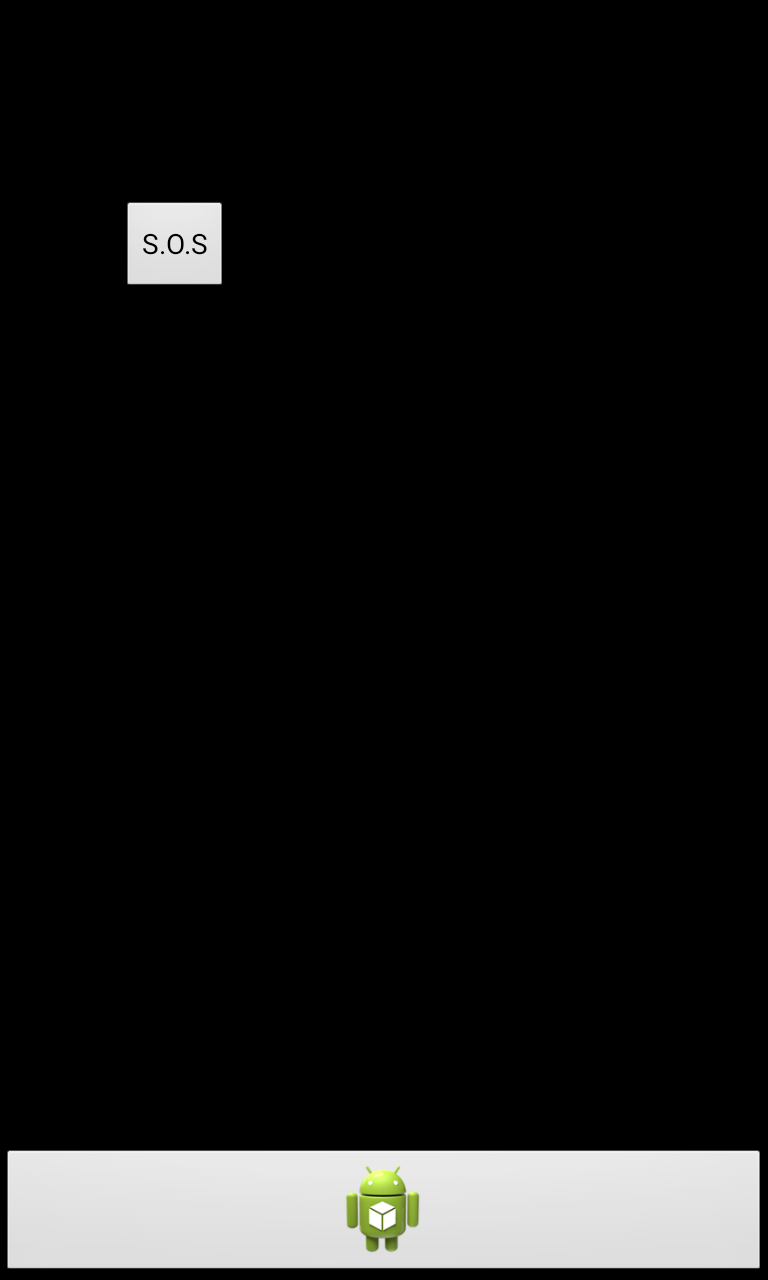
Repository: wfortini/appSOS
Layout: appMobileClient/res/layout/activity_main.xml
The author's editor kept a copy of each file at every save. The layout is drawn from the files as they stood at one save, then again after the next save.
It is drawn on a 768 x 1280 px phone screen (xhdpi) without system bars, with theme AppTheme; the app's code is not run.

Above is the layout before, as saved 2013-03-03 03:45:31.

### appMobileClient/res/layout/activity_main.xml
<TableLayout xmlns:android="http://schemas.android.com/apk/res/android"
    xmlns:tools="http://schemas.android.com/tools"
    android:layout_width="match_parent"
    android:layout_height="match_parent"
    tools:context=".MainActivity" >

    <TableRow >
        <Button
        android:id="@+id/button1"
        android:layout_width="wrap_content"
        android:layout_height="wrap_content"
        android:layout_marginLeft="60dp"
        android:layout_marginTop="100dp"
        android:text="@string/button_sos" />

    </TableRow>

    <TableRow >



    </TableRow>
		<RelativeLayout
		    android:layout_width="wrap_content"
		    android:layout_height="fill_parent"
		    android:gravity="bottom">

		    <ImageButton android:id="@+id/salvar"
        			android:layout_width="fill_parent"
        			android:layout_height="wrap_content"
        			android:text="Salvar"
        			android:src="@drawable/ic_launcher"/>



		</RelativeLayout>
</TableLayout>

### appMobileClient/res/values/styles.xml
<resources>

    <!--
        Base application theme, dependent on API level. This theme is replaced
        by AppBaseTheme from res/values-vXX/styles.xml on newer devices.
    -->
    <style name="AppBaseTheme" parent="android:Theme.Black">
        <!--
            Theme customizations available in newer API levels can go in
            res/values-vXX/styles.xml, while customizations related to
            backward-compatibility can go here.
        -->
    </style>

    <!-- Application theme. -->
    <style name="AppTheme" parent="AppBaseTheme">
        <!-- All customizations that are NOT specific to a particular API-level can go here. -->
    </style>

</resources>

### appMobileClient/res/values/strings.xml
<?xml version="1.0" encoding="utf-8"?>
<resources>

    <string name="app_name">SOS24Horas</string>
    <string name="hello_world">Hello world!</string>
    <string name="menu_settings">Settings</string>
    <string name="button_sos">S.O.S</string>
    <string name="btn_sua_local">Sua Localização</string>

</resources>

After the next save:
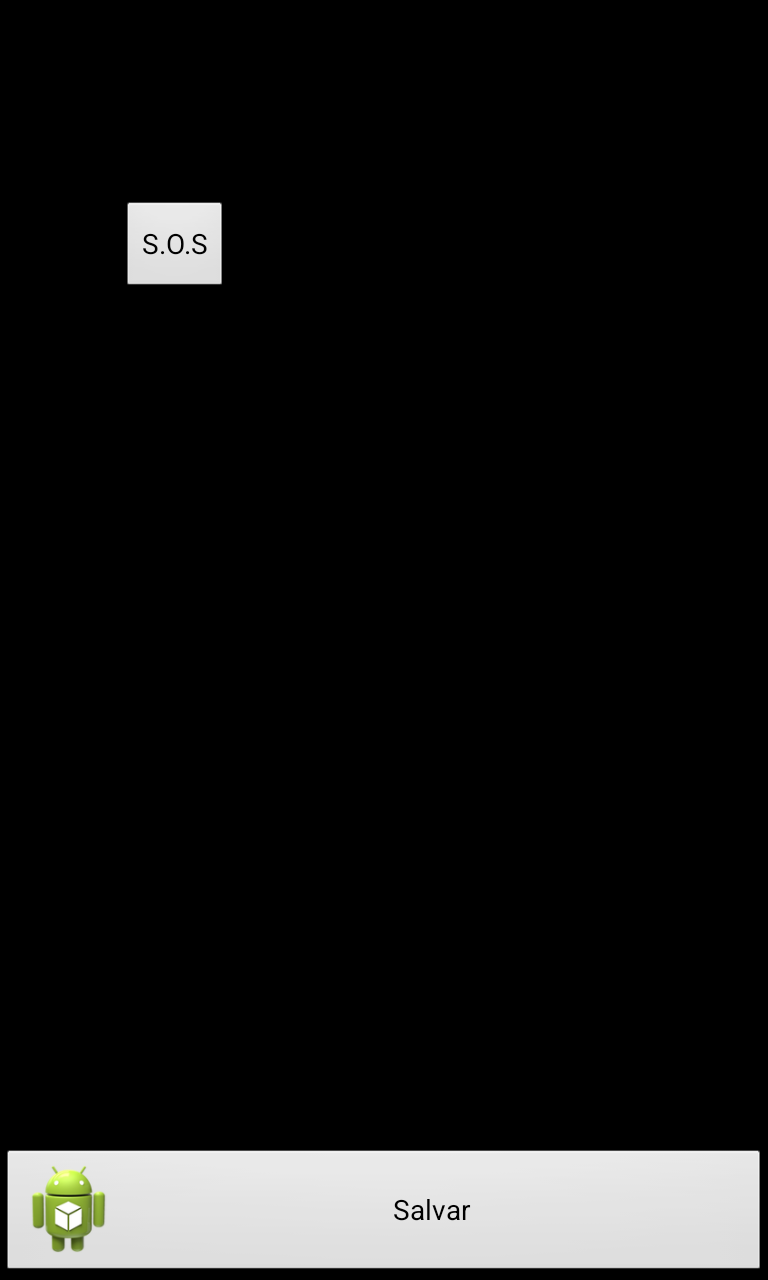
Saved 2 min 44 s later.
--- a/appMobileClient/res/layout/activity_main.xml
+++ b/appMobileClient/res/layout/activity_main.xml
@@ -25,11 +25,11 @@
 		    android:layout_height="fill_parent"
 		    android:gravity="bottom">
 
-		    <ImageButton android:id="@+id/salvar"
+		    <Button android:id="@+id/salvar"
         			android:layout_width="fill_parent"
         			android:layout_height="wrap_content"
         			android:text="Salvar"
-        			android:src="@drawable/ic_launcher"/>
+        			android:drawableLeft="@drawable/ic_launcher"/>
 
 
 
